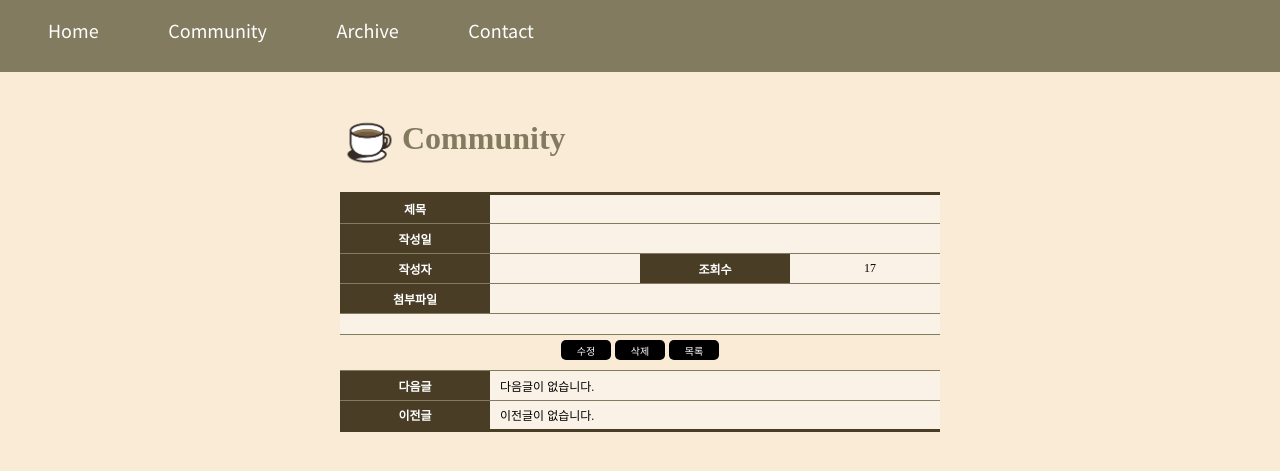
Repository: lym3074/Yongmin-s-Community
Page: http://localhost/YM_Community/WEB-INF/views/board/detail.jsp
The author's editor kept a copy of each file at every save. The page is drawn from the files as they stood at one save, then again after the next save.
The browser window is 1280 px wide. The pictures show the whole page.
The page is served by Tomcat 9. Nobody is signed in. The template is opened directly, without the code that normally fills it, so the values that code supplies are empty.

Above is the page before, as saved 2021-01-04 05:37:09.

After the next save:
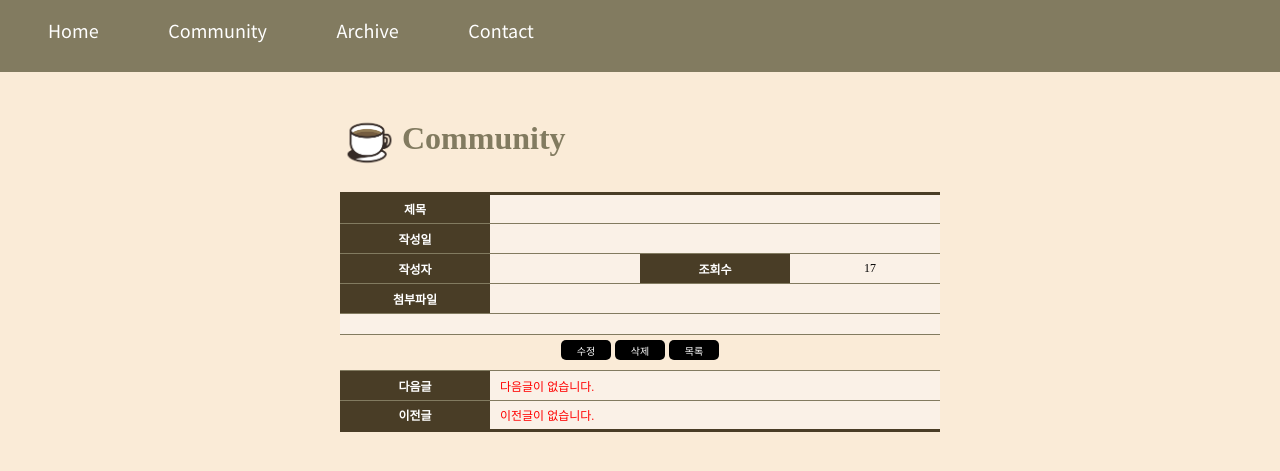
Saved 98 s later.
--- a/YM_Community/src/main/webapp/resources/css/detail.css
+++ b/YM_Community/src/main/webapp/resources/css/detail.css
@@ -135,6 +135,10 @@ main .list-title img {
     text-decoration: underline;
 }
 
+.pn-table td p {
+    color: red;
+}
+
 .align-center {
     text-align: center;
 }
